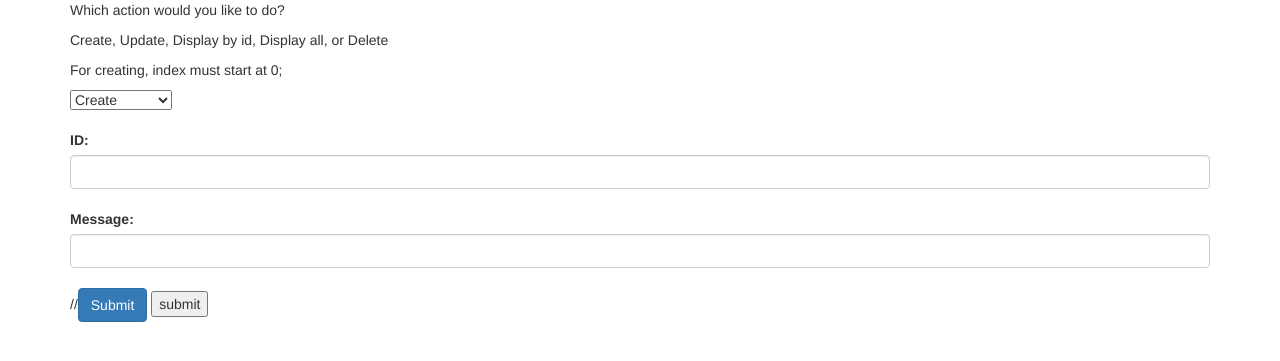
Repository: kddean/Lab3
Page: ToDoSystem-SinglePage/WebContent/ToDo.html
These files come from the project's save history. The page is drawn as it stood at one moment and after the next save; the edit follows.
The browser window is 1280 px wide. The pictures show the whole page.

Above is the page before, as saved 2016-03-25 23:28:23.
Console error: SyntaxError: Unexpected token 'var'

After the next save:
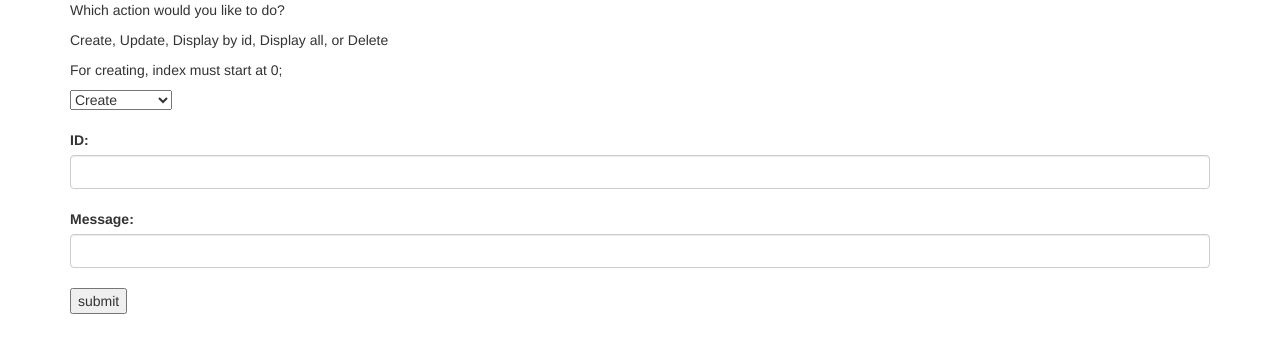
Saved 31 s later.
--- a/ToDoSystem-SinglePage/WebContent/ToDo.html
+++ b/ToDoSystem-SinglePage/WebContent/ToDo.html
@@ -28,7 +28,7 @@
 	<br>
 	<label>Message:</label><input type="text" class="form-control" name="message">
 	<br>
-	//<button type="submit" value="Submit" onclick='loadDoc("ToDo")' class="btn btn-primary">Submit</button>
+<!-- 	<button type="submit" value="Submit" onclick='loadDoc("ToDo")' class="btn btn-primary">Submit</button> -->
 	<input type="button" value="submit" onclick='loadDoc("ToDo")'/>
 	</div>
 </form>
